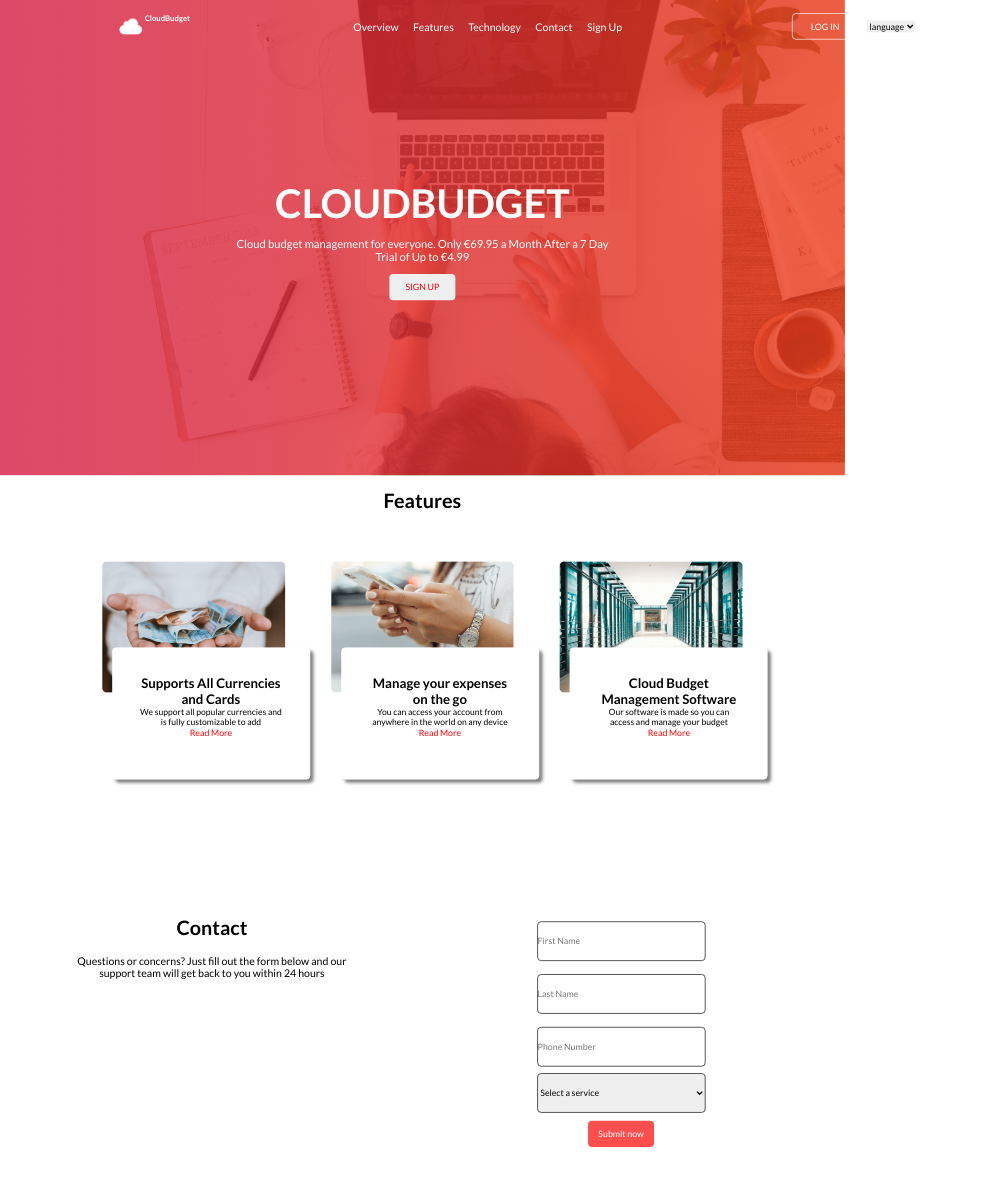
Repository: havvanurrana/website3
Page: index.html
An editor plug-in stored every save of this project. The page is shown before and after the next save, followed by the edit.
The browser window is 1280 px wide. The page is 1490 px wide, so the pictures cover 1490 px, including what lies to the right of the window. The pictures show the whole page, at 66% of full size.

Above is the page before, as saved 2024-08-02 15:44:06.

### index.html
<!DOCTYPE html>
<html lang="tr">
  <head>
    <meta charset="UTF-8" />
    <meta name="viewport" content="width=device-width, initial-scale=1.0" />
    <title>CloudBudget</title>
    <link rel="stylesheet" href="style.css" />
    <link
      rel="stylesheet"
      href="https://cdnjs.cloudflare.com/ajax/libs/font-awesome/6.5.2/css/all.min.css"
      integrity="sha512-SnH5WK+bZxgPHs44uWIX+LLJAJ9/2PkPKZ5QiAj6Ta86w+fsb2TkcmfRyVX3pBnMFcV7oQPJkl9QevSCWr3W6A=="
      crossorigin="anonymous"
      referrerpolicy="no-referrer"
    />
    <link
      href="https://fonts.googleapis.com/css2?family=Lato:wght@400;700&display=swap"
      rel="stylesheet"
    />
  </head>
  <body>
    <section class="overview-section">
        <div class="linear-gradient"></div>
        <div class="content">
            <h3>CLOUDBUDGET</h3>
            <p>
                Cloud budget management for everyone. Only €69.95 a Month After a 7
                Day Trial of Up to €4.99
            </p>
            <button>SIGN UP</button>
        </div>
    </section>
    <header class="header-menu">
        <div class="markaamblem">
            <img src="assets/cloud.png" />
            <h3>CloudBudget</h3>
        </div>
        <nav class="navbar">
            <a href="#" class="navbarsect">Overview</a>
            <a href="#" class="navbarsect">Features</a>
            <a href="#" class="navbarsect">Technology</a>
            <a href="#" class="navbarsect">Contact</a>
            <a href="#" class="navbarsect">Sign Up</a>
        </nav>
        <div class="buttons">
            <button>LOG IN</button>
            <button>
                <select id="language" name="language">
                    <option value="">language</option>
                    <option value="uk">UK</option>
                    <option value="turk">Turkish</option>
                    <option value="sp">Spanish</option>
                    <option value="fr">French</option>
                </select>
            </button>
                <div class="toggle-menu">
                    <button>
                        <i class="fas fa-bars"></i>
                    </button>
                </div>
        </div>
    </header>

    <!--features kısmı -->
    <div class="featureshead">
        <h1>Features</h1>
    </div>
    <div class="features">
        <div class="featuressection">
            <div class="img">
                <img src="../assets/money.png" />
            </div>
            <div class="featurescard">
                <div>
                    <h1>Supports All Currencies and Cards</h1>
                </div>
                <div>
                    <p>
                        We support all popular currencies and is fully customizable to add
                    </p>
                </div>
                <button>Read More</button>
            </div>
      </div>
      <div class="featuressection">
          <div>
                <div class="img">
                    <img src="../assets/hand.png" />
                </div>
                <div class="featurescard">
                    <h1>Manage your expenses on the go</h1>
                        <p>
                          You can access your account from anywhere in the world on any
                          device
                        </p>
                    <button>Read More</button>
                </div>
            </div>
      </div>
          <div class="featuressection">
              <div>
                    <div class="img">
                        <img src="../assets/building.png" />
                    </div>
                    <div class="featurescard">
                          <h1>Cloud Budget Management Software</h1>
                          <p>Our software is made so you can access and manage your budget</p>
                          <button>Read More</button>
                    </div>
              </div>
          </div>
    </div>
    <!--contact kısmı-->
    <section >
        <div class="contact">
        <div class="contact-text">
            <h1>Contact</h1>
            <br><br>
            <p>
              Questions or concerns? Just fill out the form below and our support
              team will get back to you within 24 hours
            </p>
        </div>
        <div class="input">
            <input
            type="text"
            id="username"
            name="username"
            placeholder="First Name"
            />
            <input
            type="text"
            id="username"
            name="username"
            placeholder="Last Name"
            />
            <input
            type="text"
            id="username"
            name="username"
            placeholder="Phone Number"
            />

            <select id="service" name="service">
            <option value="">Select a service</option>
            <option value="service1">Service 1</option>
            <option value="service2">Service 2</option>
            <option value="service3">Service 3</option>
            <option value="service4">Service 4</option>
            </select>
            <br><br>
            <button>Submit now</button>
        </div>
    </div>
    </section>
    <script>
    </script>
  </body>
</html>

### style.css
/* genel*/
*{
   margin:0;
   padding: 0;
   box-sizing: border-box;
   outline: none;
   border: none;
   text-decoration: none;
   font-family: Lato;
}

html {
    font-size: 62.5%;
    overflow-x: hidden;
    scroll-behavior: smooth;
    scroll-padding-top: 9rem ;
 }
h1{
   font-size: 30px;
}
 /* header menu ve  amblem ve ilk ekran cssleri*/

.markaamblem{
   display: flex;
   justify-content: flex-start;
   color: white;
}

.header-menu{
   width: 1400px;
   display: flex;
   justify-content: space-between;
   align-items: center ;
   padding: 0 7%;
   margin: 2rem 7%;
   z-index: 3;
   top: 0;
   position:absolute;
}
.header-menu .markaamblem img{
   height: 4rem;
}
.header-menu .navbar a{
   margin: 0 1rem;
   font-size: 1.6rem;
   color: white;
   z-index: 2;
}
  .header-menu button{
   border: 1px , solid, rgb(255, 255, 255);
   border-radius: 6px;
   color:rgb(255, 255, 255);
   width: 100px;
   height: 40px;
   gap: 0px;
   background-color: transparent;
}
 .header-menu .buttons{
   padding-left: 10px;
  /* left: 1000px;*/
   display: flex;
   justify-content: flex-end;
 /* position: absolute;*/
}
.overview-section{
   min-height: 100vh;
   display: flex;
   text-align: center;
   align-items: center;
   justify-content: center;
   background:  url(../assets/image1.png)
   no-repeat;
   background-size: cover;
  /* margin-top: -9.5rem;*/
}

.overview-section .content {
   max-width: 60rem;
   margin: 0.5rem;
   z-index: 2;
}
.overview-section .content h3{
   font-size: 6rem;
   margin: 0.5rem;
   color: white;
}
.overview-section .content p{
   font-size: 1.7rem;
   margin: 1.5rem;
   color: white;
}
.overview-section .content button{
   border:1px;
   width: 100px;
   height: 40px;
   border-radius: 6px;
   color: red;

}

.linear-gradient{
   min-height: 100vh;
   width: 100%;
   display: flex;
   z-index: 1;
   background: linear-gradient(90deg, rgba(213, 32, 71, 0.8) 0%, rgba(238, 61, 27, 0.8) 100%);
   position: absolute;
}

/* features kısmı*/
/* başlık*/
.featureshead{
   text-align: center;
   justify-content: center;
   margin: 1rem;
   padding: 1rem;
}
/* Kartlar*/
.features{
   display: grid;
   grid-template-columns: repeat(auto-fit, minmax(30rem, 1fr));
   margin:3rem;
   padding: 0 7%;
}
.featurescard{
   border-radius:0.6rem;
   border: 1px, solid, rgb(255, 255, 255);
   width: 30rem;
   height: 20rem;
   text-align: center;
   justify-content: center;
   align-items: center;
   padding: 4rem;
   margin: 3rem;
   background-color: white;
   transform: translate(-5%,-50%);
   box-shadow: 5px 5px 5px rgba(0, 0, 0,0.5);
}
.featuressection{
   justify-content: center;
   align-items: center;
   margin: 1rem;
   padding: 2.5rem;
}
.features img{
   width: 100%;
   object-fit: cover;
}
.featurescard h1{
   font-size: 2rem;
}
.featurescard p{
   font-size: 1.3rem;
}
.featurescard button{
   border: none;
   background-color: transparent;
   color: red;
}

/*Contact kısmı */

/*
.contact{
   display: flex;
   flex-direction: column;
  /* text-align: center;
   justify-content: space-between;
   margin: 2rem;
   min-height: 100vh;
}
.contact div{

   align-items: center;
   padding: 0 7%;
   margin: 1rem;
}
.contact h1{
   font-size: 30px;
}
.contact p{
   font-size: 16px;
}
.contact{
   display: flex;
   flex-direction: row;
   margin: 2rem;
}
.contact div{
   text-align: center;
   justify-content: center;
   align-items: center;
   padding: 0 7%;
   margin: 1rem;
}
.contact h1{
   font-size: 30px;
}
.contact p{
   font-size: 16px;
}
input{
   width: 255px;
   height: 60px;
   border: 1px, solid, black;
   border-color: rgb(0, 0, 0);
   border-radius: 6px;
   margin: 1rem;
}
.contact select{
   width: 255px;
   height: 60px;
   border: 1px, solid, black;
   border-color: rgb(0, 0, 0);
   border-radius: 6px;
}
.contact button{
   width: 100px;
   height: 40px;
   border-radius: 6px;
   color: white;
   background-color: rgb(254, 78, 78);
}
*/
.contact{
   display: flex;
   flex-direction: row;
   margin: 2rem;
}
.contact div{
   text-align: center;
   justify-content: center;
   align-items: center;
   padding: 0 7%;
   margin: 1rem;
}
.contact h1{
   font-size: 30px;
}
.contact p{
   font-size: 16px;
}
 .contact .contact-text{
/*width: 20%;*/
height: 40rem;
}
input{
   width: 255px;
   height: 60px;
   border: 1px, solid, black;
   border-color: rgb(0, 0, 0);
   border-radius: 6px;
   margin: 1rem;
}
.contact select{
   width: 255px;
   height: 60px;
   border: 1px, solid, black;
   border-color: rgb(0, 0, 0);
   border-radius: 6px;
}
.contact button{
   width: 100px;
   height: 40px;
   border-radius: 6px;
   color: white;
   background-color: rgb(254, 78, 78);
}
.contact .input{
   width: 80%;
   height: 40rem;
}

/* toggle menu*/

.toggle-menu {
   display: none;
}


/* toggle menu*/

.toggle-menu {
   display: none;
}

/*.contact-text{
   width: 60%;
   height: 700px;
}*/
input{
   width: 255px;
   height: 60px;
   border: 1px, solid, black;
   border-color: rgb(0, 0, 0);
   border-radius: 6px;
   margin: 1rem;
}
.contact select{
   width: 255px;
   height: 60px;
   border: 1px, solid, black;
   border-color: rgb(0, 0, 0);
   border-radius: 6px;
}
.contact button{
   width: 100px;
   height: 40px;
   border-radius: 6px;
   color: white;
   background-color: rgb(254, 78, 78);
}

*/
/* toggle menu ve responsive kısım*/

.toggle-menu {
   display: none;
}
 /*
@media (max-width: 1200px) {
   .navbar {
       display: none;
   }
   .toggle-menu {
       display: block;
       left: 90%;
       position: absolute;
   }
   .contact {
      flex-direction: column;
      align-items: center;
}

.contact-text, .contact div {
      width: 100%;
      padding: 0;
      margin: 1rem 0;
}

.toggle-menu.active + .navbar {
   display: flex;
   flex-direction: column;
   position: absolute;
   top: 100%;
   left: 0;
   right: 0;
   background-color: #333;
   z-index: 1;
}

.toggle-menu button {
   background: none;
   border: none;
   color: white;
   font-size: 2rem;
}

}*/

After the next save:
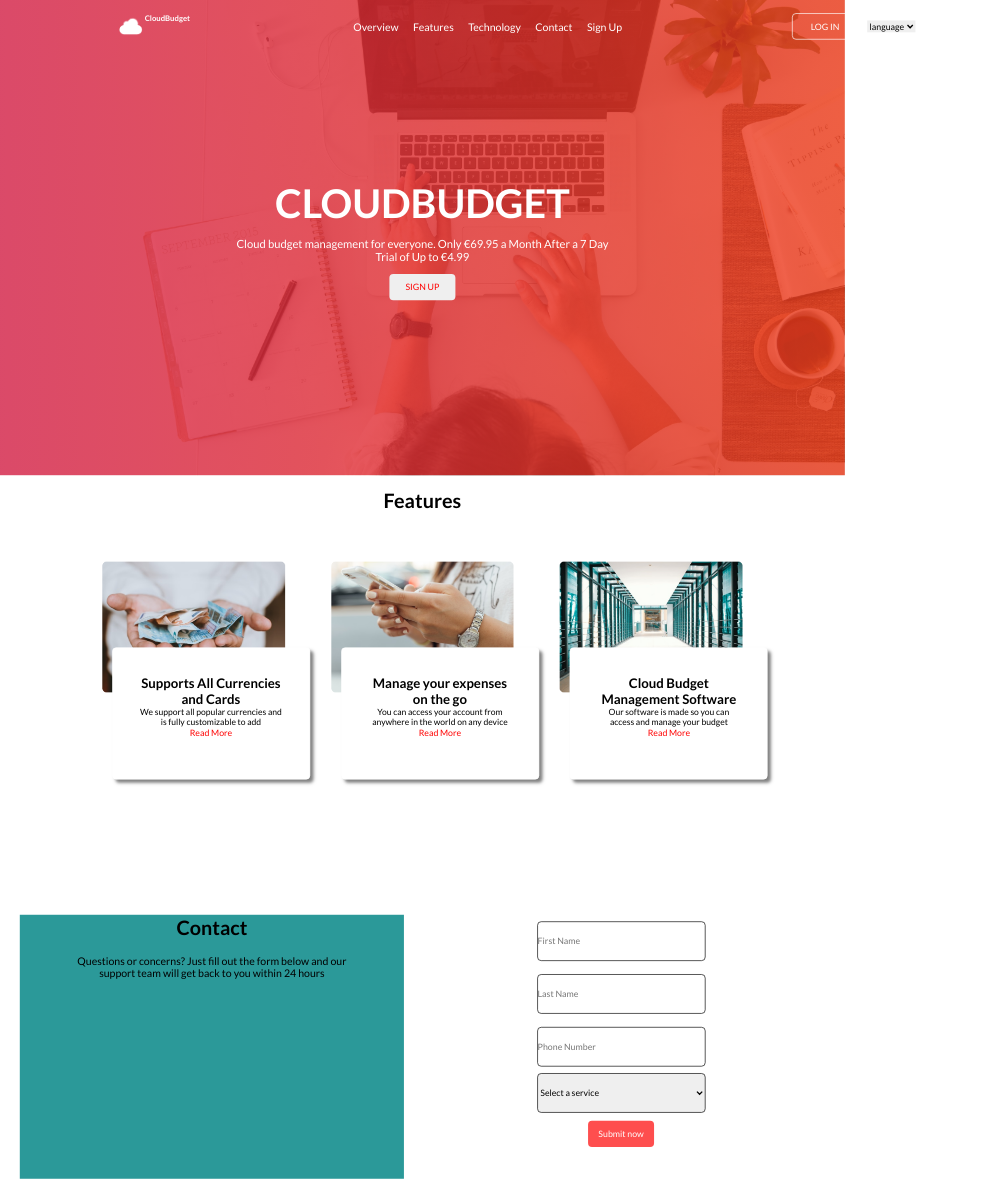
Saved 28 s later.
--- a/style.css
+++ b/style.css
@@ -243,6 +243,7 @@ input{
  .contact .contact-text{
 /*width: 20%;*/
 height: 40rem;
+background-color: rgb(43, 153, 153);
 }
 input{
    width: 255px;
